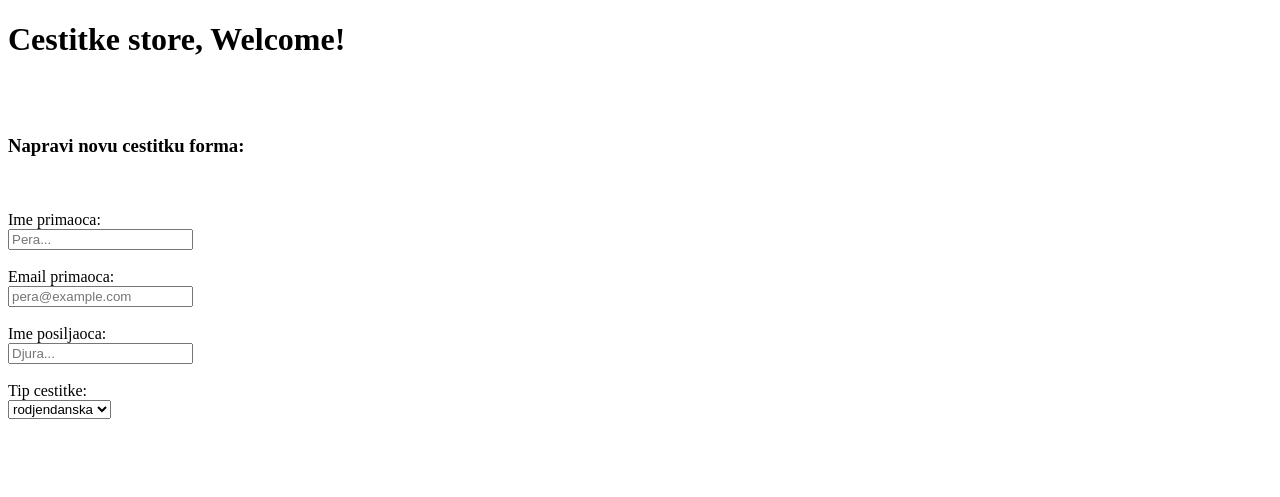
Repository: ObradovicNikola/pmf-rzk-part2
Page: http://localhost/CestitkeWEB/
These files come from the project's save history. The page is drawn as it stood at one moment and after the next save; the edit follows.
The browser window is 1280 px wide. The pictures show the whole page.
The page is served by Tomcat 9.

Above is the page before, as saved 2022-12-06 18:39:10.

After the next save:
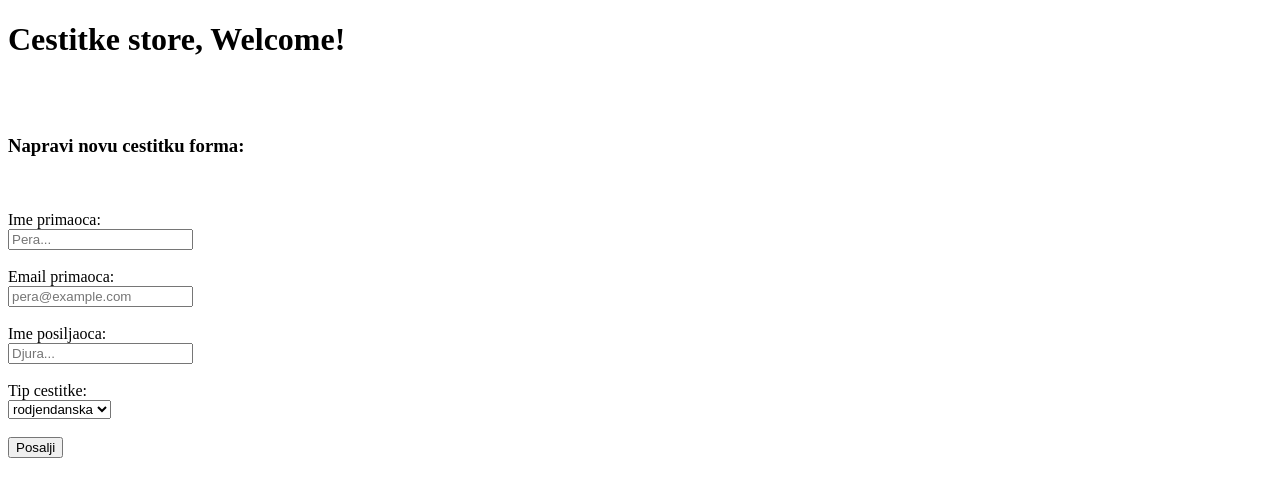
Saved 23 s later.
--- a/CestitkeWEB/src/main/webapp/index.jsp
+++ b/CestitkeWEB/src/main/webapp/index.jsp
@@ -42,6 +42,7 @@
         </select>
 		<br />
 		<br />
+		<input type="submit" value="Posalji">
 	</form>
 </body>
 </html>
